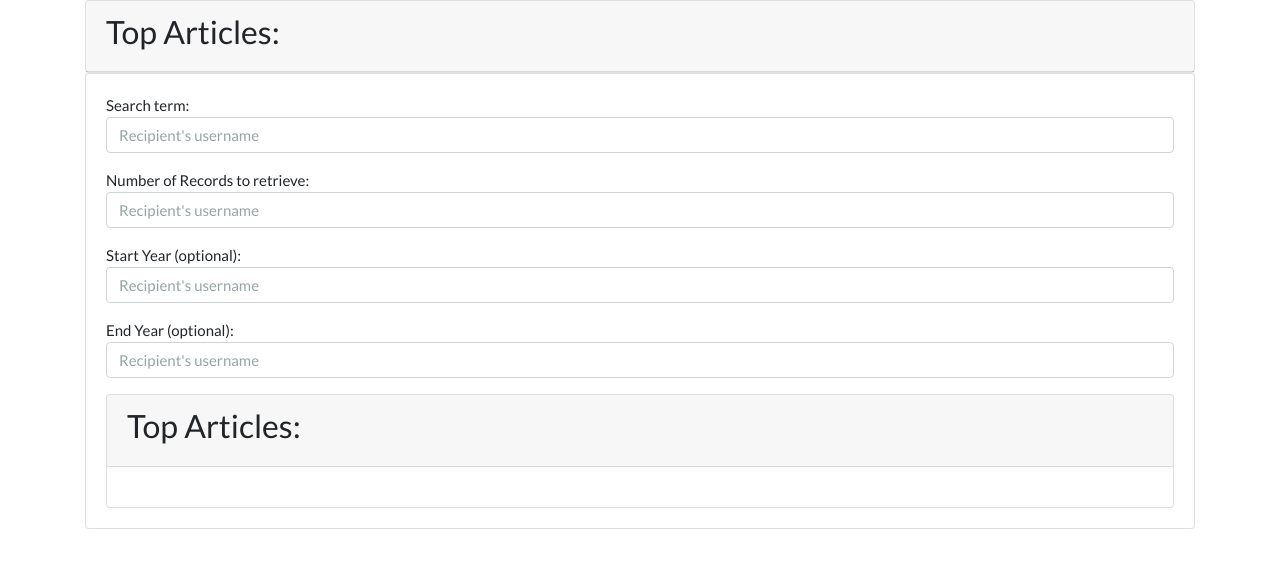
Repository: broganneagle/NYTSearch
Page: index.html
An editor plug-in stored every save of this project. The page is shown before and after the next save, followed by the edit.
The browser window is 1280 px wide. The pictures show the whole page.
Some web libraries are served in a nearby version.

Above is the page before, as saved 2020-06-26 13:52:21.

### index.html
<!DOCTYPE html>
<html lang="en">

<head>
    <meta charset="UTF-8">
    <meta name="viewport" content="width=device-width, initial-scale=1.0">
    <title>NYT Search</title>
    <link rel="stylesheet" href="https://stackpath.bootstrapcdn.com/bootstrap/4.3.1/css/bootstrap.min.css" />
    <link href="https://stackpath.bootstrapcdn.com/bootswatch/4.5.0/flatly/bootstrap.min.css" rel="stylesheet"
        integrity="sha384-mhpbKVUOPCSocLzx2ElRISIORFRwr1ZbO9bAlowgM5kO7hnpRBe+brVj8NNPUiFs" crossorigin="anonymous">
</head>

<body>
    <div class=container>
        <div class="card">
            <div class="card-header">
              <h3>Top Articles:</h3>
            </div>
          </div>
        <div class="card">
            <div class="card-body">
                Search term:
                <div class="input-group mb-3">
                    <input type="text" class="form-control" placeholder="Recipient's username"
                        aria-label="Recipient's username" aria-describedby="button-addon2">
                </div>

                    Number of Records to retrieve:
                    <div class="input-group mb-3">

                        <input type="text" class="form-control" placeholder="Recipient's username"
                            aria-label="Recipient's username" aria-describedby="button-addon2">
                    </div>

                    Start Year (optional):
                    <div class="input-group mb-3">
                        <input type="text" class="form-control" placeholder="Recipient's username"
                            aria-label="Recipient's username" aria-describedby="button-addon2">
                    </div>

                    End Year (optional):
                    <div class="input-group mb-3">
                        <input type="text" class="form-control" placeholder="Recipient's username"
                            aria-label="Recipient's username" aria-describedby="button-addon2">
                    </div>
                    <div class="card">
                        <div class="card-header">
                          <h3>Top Articles:</h3>
                        </div>
                        <div class="card-body">
                        </div>
                      </div>
                </div>

</body>

</html>

After the next save:
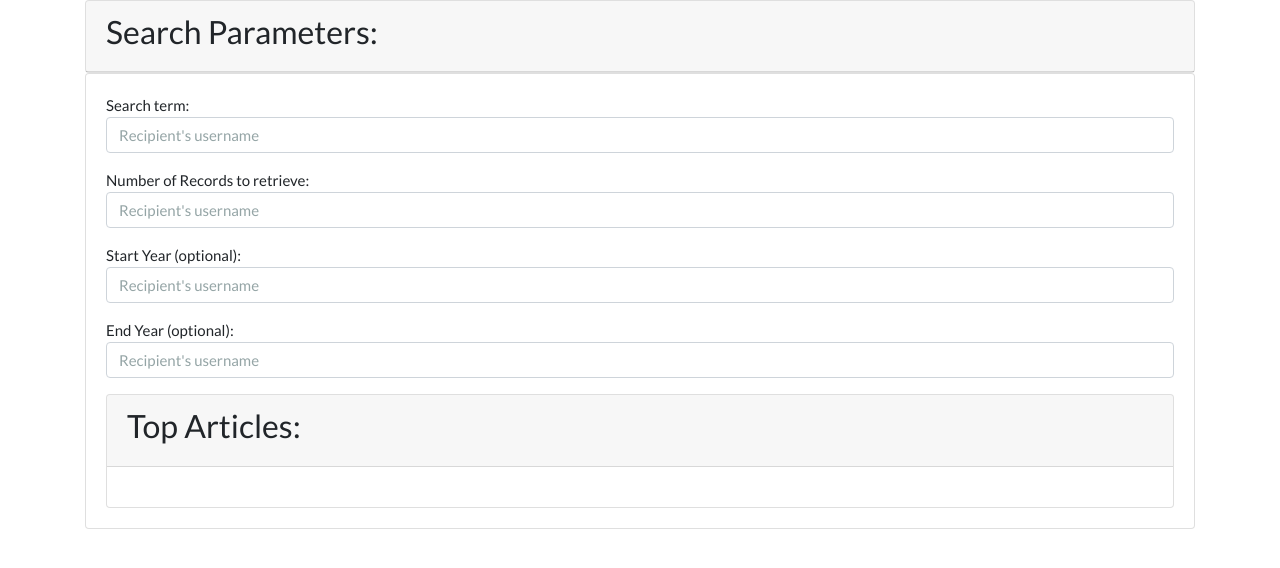
Saved 30 s later.
--- a/index.html
+++ b/index.html
@@ -14,7 +14,7 @@
     <div class=container>
         <div class="card">
             <div class="card-header">
-              <h3>Top Articles:</h3>
+              <h3>Search Parameters:</h3>
             </div>
           </div>
         <div class="card">
